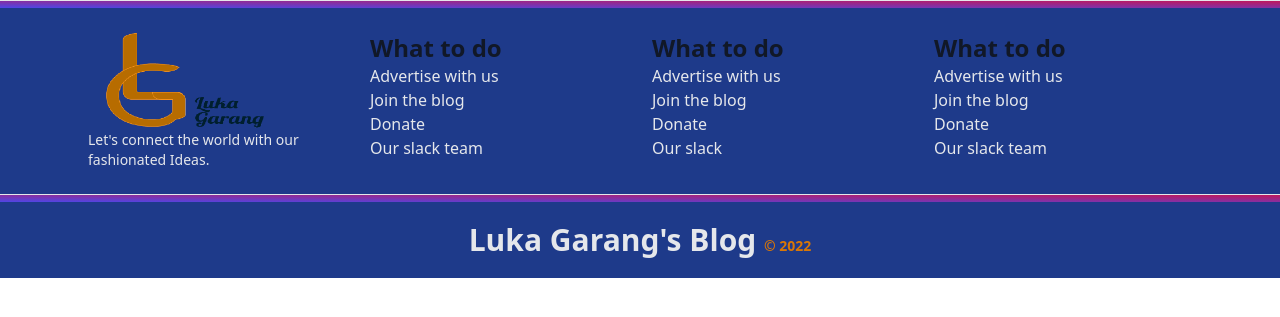
Repository: kenyi-mic/Luka_blog
Page: /footer
These files come from the project's save history. The page is drawn as it stood at one moment and after the next save; the edit follows.
The browser window is 1280 px wide. The pictures show the whole page.
The project was rebuilt for these pictures with package versions that can differ from the ones it lists, and the page was loaded fresh each time. The framework's server and built-in components were replaced by stand-ins that run in the browser. Also part of the build but not shown: next.config.js.

Above is the page before, as saved 2022-04-19 10:14:37.

After the next save:
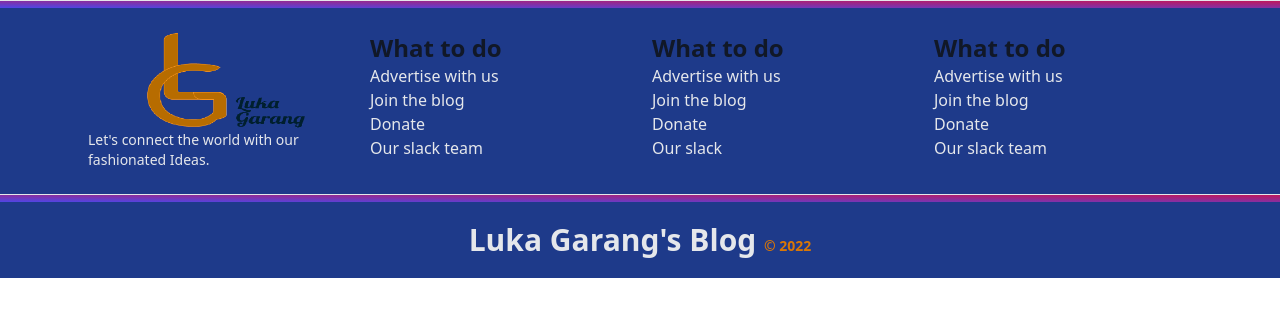
Saved 40 s later.
--- a/pages/footer.tsx
+++ b/pages/footer.tsx
@@ -6,7 +6,7 @@
        <hr className="w-full h-2 bg-gradient-to-tr from-indigo-600 to-pink-700"/>
       <div className="grid grid-cols-1 sm:grid-cols-2 lg:grid-cols-4 gap-3 md:gap-6 p-2 md:p-6 max-w-6xl mx-auto">
        {/* first*/}
-       <div  className="flex flex-1 flex-col">
+       <div  className="flex flex-1 flex-col sm:items-center sm:justify-center">
          <img className="w-44" src="/logo.png" alt="logo" />
          <p className="text-sm text-gray-200">Let's connect the world with our fashionated Ideas.</p>
 

After the save that followed:
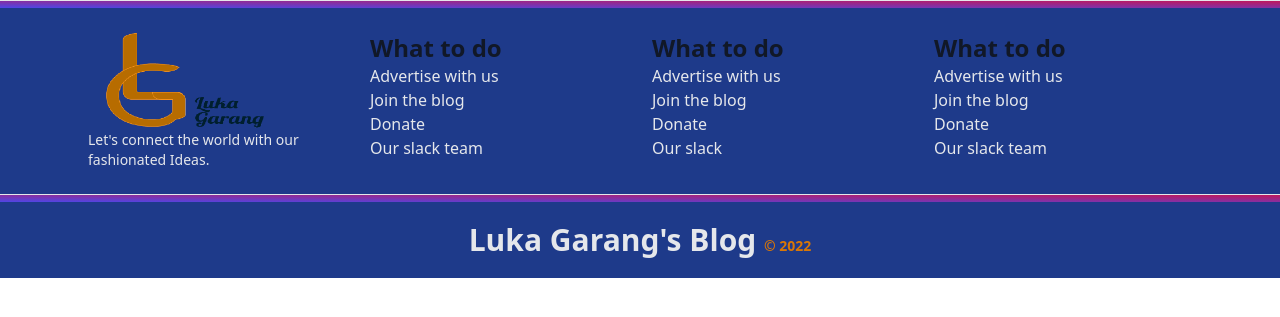
Saved 25 s later.
--- a/pages/footer.tsx
+++ b/pages/footer.tsx
@@ -6,7 +6,7 @@
        <hr className="w-full h-2 bg-gradient-to-tr from-indigo-600 to-pink-700"/>
       <div className="grid grid-cols-1 sm:grid-cols-2 lg:grid-cols-4 gap-3 md:gap-6 p-2 md:p-6 max-w-6xl mx-auto">
        {/* first*/}
-       <div  className="flex flex-1 flex-col sm:items-center sm:justify-center">
+       <div  className="flex flex-1 flex-col">
          <img className="w-44" src="/logo.png" alt="logo" />
          <p className="text-sm text-gray-200">Let's connect the world with our fashionated Ideas.</p>
 
